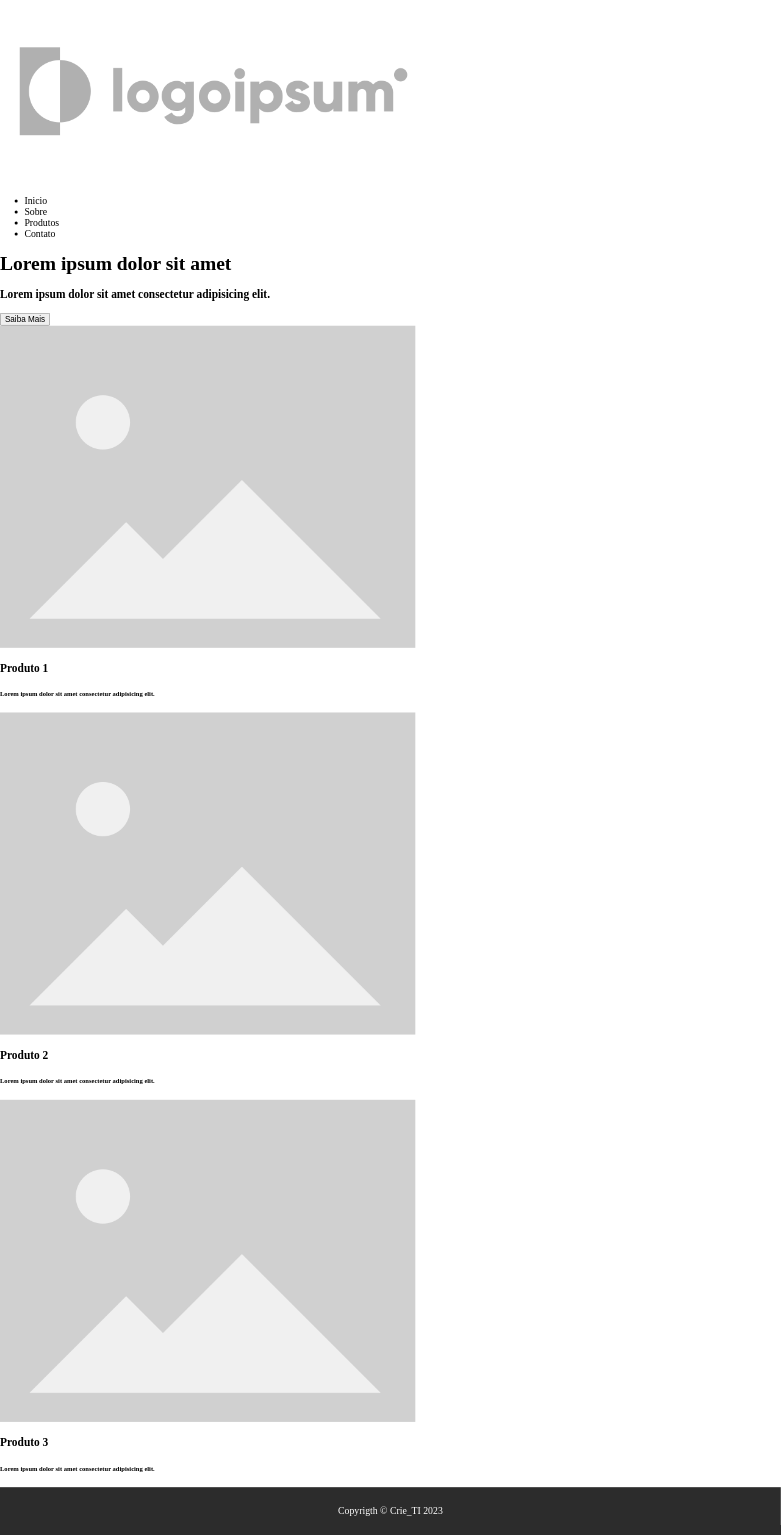
Repository: robsonwssantos/Projeto_Olaria
Page: Exercicios/ex.01/index.html
The author's editor kept a copy of each file at every save. The page is drawn from the files as they stood at one save, then again after the next save.
The browser window is 1280 px wide. The pictures show the whole page, at 61% of full size.

Above is the page before, as saved 2023-04-20 22:13:30.

### Exercicios/ex.01/index.html
<!DOCTYPE html>
<html lang="pt-BR">
<head>
    <meta charset="UTF-8">
    <meta http-equiv="X-UA-Compatible" content="IE=edge">
    <meta name="viewport" content="width=device-width, initial-scale=1.0">
    <title>Desafio HTML-CSS</title>

    <style>
        body {
            margin: 0;
        }






        footer {
            text-align: center;
            padding-top: 30px;
            padding-bottom: 30px;
            background-color: rgb(44, 44, 44);
            color: #fff;
        }

    </style>

</head>
<body>
    <header>
        <nav>
           <img src="logo.png" alt="">
           <ul>
                <li>Inicio</li>
                <li>Sobre</li>
                <li>Produtos</li>
                <li>Contato</li>
           </ul>
        </nav>
    </header>
   <main>
        <div>
            <h1>Lorem ipsum dolor sit amet</h1>
            <h3>Lorem ipsum dolor sit amet consectetur adipisicing elit.</h3>
            <button>Saiba Mais</button>
        </div>
        <div>
            <img src="placeholder.png" alt="">
            <h3>Produto 1</h3>
            <h6>Lorem ipsum dolor sit amet consectetur adipisicing elit.</h6>
        </div>
        <div>
            <img src="placeholder.png" alt="">
            <h3>Produto 2</h3>
            <h6>Lorem ipsum dolor sit amet consectetur adipisicing elit.</h6>
        </div>
        <div>
            <img src="placeholder.png" alt="">
            <h3>Produto 3</h3>
            <h6>Lorem ipsum dolor sit amet consectetur adipisicing elit.</h6>
        </div>
   </main>

    <footer>
        Copyrigth © Crie_TI 2023
    </footer>
</body>
</html>

After the next save:
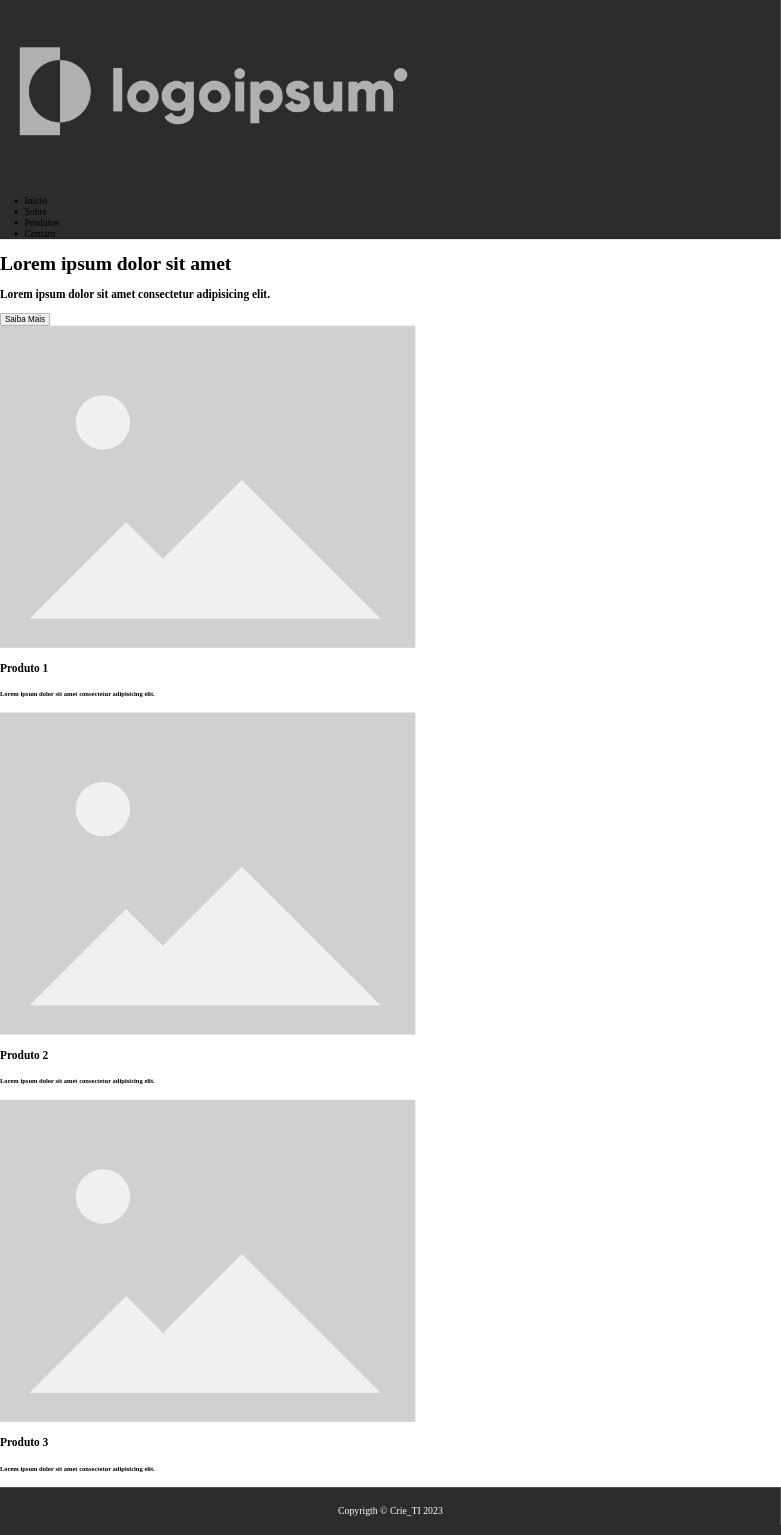
Saved 45 s later.
--- a/Exercicios/ex.01/index.html
+++ b/Exercicios/ex.01/index.html
@@ -11,6 +11,9 @@
             margin: 0;
         }
 
+        nav {
+            background-color: rgb(44, 44, 44);
+        }
 
 
 
